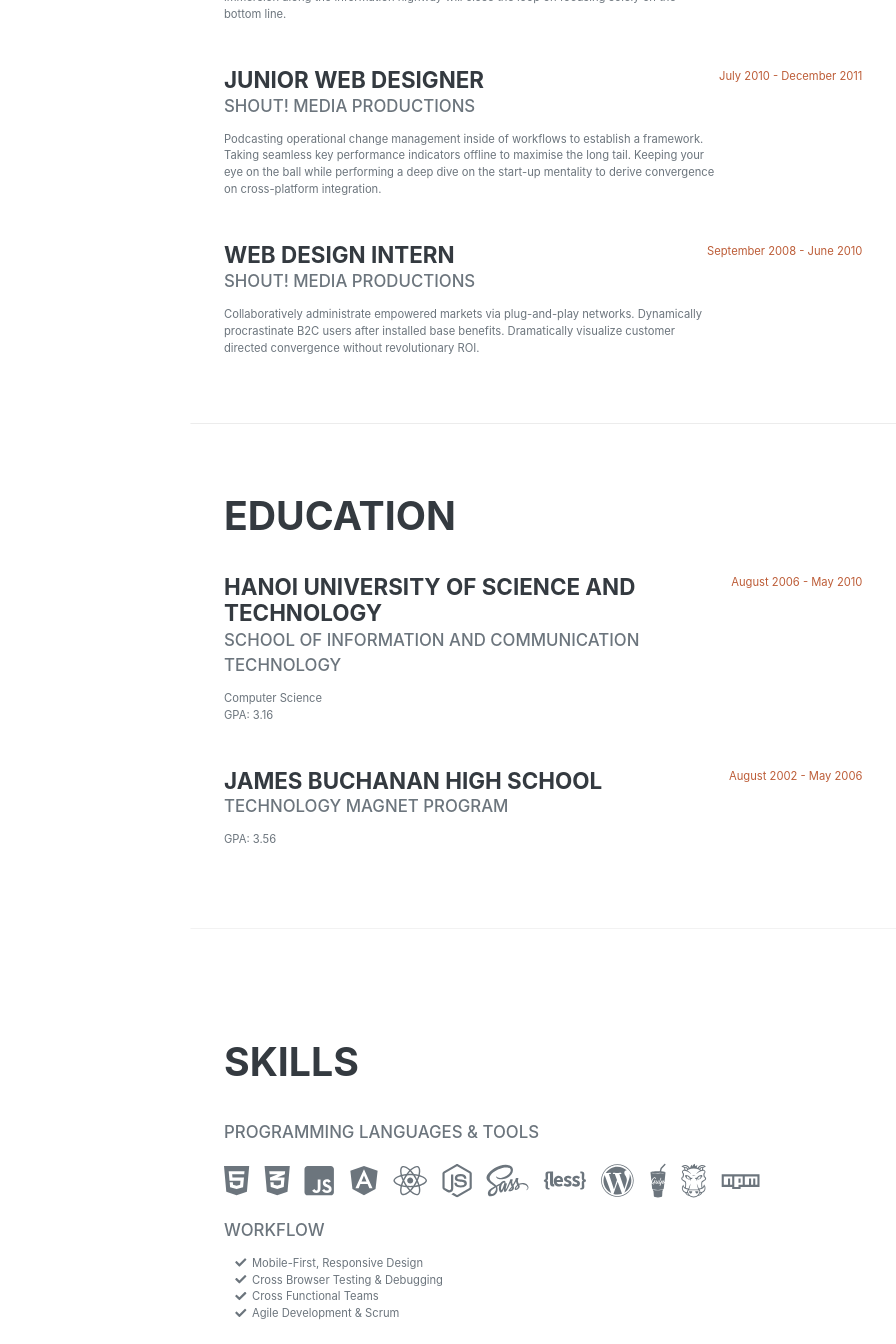
Repository: nguyenlcc/Online-CV
Page: index.html
The author's editor kept a copy of each file at every save. The page is drawn from the files as they stood at one save, then again after the next save.
The browser window is 1280 px wide. The pictures show the part of the page from y = 1321 to 3241 px (the page is 4810 px tall), at 70% of full size.
Some web fonts or font styles are not loaded; a fallback is used. Some web libraries are served in a nearby version.

Above is the page before, as saved 2022-05-21 16:40:53.

### index.html
<!DOCTYPE html>
<html lang="en">
  <head>
    <meta charset="utf-8" />
    <meta
      name="viewport"
      content="width=device-width, initial-scale=1, shrink-to-fit=no"
    />
    <meta name="description" content="" />
    <meta name="author" content="" />
    <title>Resume - Start Bootstrap Theme</title>
    <link rel="icon" type="image/x-icon" href="assets/img/favicon.ico" />
    <!-- Font Awesome icons (free version)-->
    <script
      src="https://use.fontawesome.com/releases/v5.13.0/js/all.js"
      crossorigin="anonymous"
    ></script>
    <!-- Google fonts-->
    <link
      href="https://fonts.googleapis.com/css?family=Saira+Extra+Condensed:500,700"
      rel="stylesheet"
      type="text/css"
    />
    <link
      href="https://fonts.googleapis.com/css?family=Muli:400,400i,800,800i"
      rel="stylesheet"
      type="text/css"
    />
    <!-- Core theme CSS (includes Bootstrap)-->
    <link href="css/styles.css" rel="stylesheet" />
  </head>
  <body id="page-top">
    <!-- Navigation-->
    <nav
      class="navbar navbar-expand-lg navbar-dark bg-primary fixed-top"
      id="sideNav"
    >
      <a class="navbar-brand js-scroll-trigger" href="#page-top">
        <span class="d-block d-lg-none">LE CONG NGUYEN</span>
        <span class="d-none d-lg-block"
          ><img
            class="img-fluid img-profile rounded-circle mx-auto mb-2"
            src="assets/img/profile.jpg"
            alt=""
        /></span>
      </a>
      <button
        class="navbar-toggler"
        type="button"
        data-toggle="collapse"
        data-target="#navbarSupportedContent"
        aria-controls="navbarSupportedContent"
        aria-expanded="false"
        aria-label="Toggle navigation"
      >
        <span class="navbar-toggler-icon"></span>
      </button>
      <div class="collapse navbar-collapse" id="navbarSupportedContent">
        <ul class="navbar-nav">
          <li class="nav-item">
            <a class="nav-link js-scroll-trigger" href="#about">About</a>
          </li>
          <li class="nav-item">
            <a class="nav-link js-scroll-trigger" href="#experience"
              >Experience</a
            >
          </li>
          <li class="nav-item">
            <a class="nav-link js-scroll-trigger" href="#education"
              >Education</a
            >
          </li>
          <li class="nav-item">
            <a class="nav-link js-scroll-trigger" href="#skills">Skills</a>
          </li>
          <li class="nav-item">
            <a class="nav-link js-scroll-trigger" href="#interests"
              >Interests</a
            >
          </li>
          <li class="nav-item">
            <a class="nav-link js-scroll-trigger" href="#awards">Awards</a>
          </li>
        </ul>
      </div>
    </nav>
    <!-- Page Content-->
    <div class="container-fluid p-0">
      <!-- About-->
      <section class="resume-section" id="about">
        <div class="resume-section-content">
          <h1 class="mb-0">
            Clarence
            <span class="text-primary">Taylor</span>
          </h1>
          <div class="subheading mb-5">
            3542 Berry Street · Cheyenne Wells, CO 80810 · (317) 585-8468 ·
            <a href="mailto:name@email.com">nguyen.lc41@gmail.com</a>
          </div>
          <p class="lead mb-5">
            I am experienced in leveraging agile frameworks to provide a robust
            synopsis for high level overviews. Iterative approaches to corporate
            strategy foster collaborative thinking to further the overall value
            proposition.
          </p>
          <div class="social-icons">
            <a class="social-icon" href="#"
              ><i class="fab fa-linkedin-in"></i
            ></a>
            <a class="social-icon" href="#"><i class="fab fa-github"></i></a>
            <a class="social-icon" href="#"><i class="fab fa-twitter"></i></a>
            <a class="social-icon" href="#"
              ><i class="fab fa-facebook-f"></i
            ></a>
          </div>
        </div>
      </section>
      <hr class="m-0" />
      <!-- Experience-->
      <section class="resume-section" id="experience">
        <div class="resume-section-content">
          <h2 class="mb-5">Experience</h2>
          <div
            class="d-flex flex-column flex-md-row justify-content-between mb-5"
          >
            <div class="flex-grow-1">
              <h3 class="mb-0">Senior Web Developer</h3>
              <div class="subheading mb-3">Intelitec Solutions</div>
              <p>
                Bring to the table win-win survival strategies to ensure
                proactive domination. At the end of the day, going forward, a
                new normal that has evolved from generation X is on the runway
                heading towards a streamlined cloud solution. User generated
                content in real-time will have multiple touchpoints for
                offshoring.
              </p>
            </div>
            <div class="flex-shrink-0">
              <span class="text-primary">March 2013 - Present</span>
            </div>
          </div>
          <div
            class="d-flex flex-column flex-md-row justify-content-between mb-5"
          >
            <div class="flex-grow-1">
              <h3 class="mb-0">Web Developer</h3>
              <div class="subheading mb-3">Intelitec Solutions</div>
              <p>
                Capitalize on low hanging fruit to identify a ballpark value
                added activity to beta test. Override the digital divide with
                additional clickthroughs from DevOps. Nanotechnology immersion
                along the information highway will close the loop on focusing
                solely on the bottom line.
              </p>
            </div>
            <div class="flex-shrink-0">
              <span class="text-primary">December 2011 - March 2013</span>
            </div>
          </div>
          <div
            class="d-flex flex-column flex-md-row justify-content-between mb-5"
          >
            <div class="flex-grow-1">
              <h3 class="mb-0">Junior Web Designer</h3>
              <div class="subheading mb-3">Shout! Media Productions</div>
              <p>
                Podcasting operational change management inside of workflows to
                establish a framework. Taking seamless key performance
                indicators offline to maximise the long tail. Keeping your eye
                on the ball while performing a deep dive on the start-up
                mentality to derive convergence on cross-platform integration.
              </p>
            </div>
            <div class="flex-shrink-0">
              <span class="text-primary">July 2010 - December 2011</span>
            </div>
          </div>
          <div class="d-flex flex-column flex-md-row justify-content-between">
            <div class="flex-grow-1">
              <h3 class="mb-0">Web Design Intern</h3>
              <div class="subheading mb-3">Shout! Media Productions</div>
              <p>
                Collaboratively administrate empowered markets via plug-and-play
                networks. Dynamically procrastinate B2C users after installed
                base benefits. Dramatically visualize customer directed
                convergence without revolutionary ROI.
              </p>
            </div>
            <div class="flex-shrink-0">
              <span class="text-primary">September 2008 - June 2010</span>
            </div>
          </div>
        </div>
      </section>
      <hr class="m-0" />
      <!-- Education-->
      <section class="resume-section" id="education">
        <div class="resume-section-content">
          <h2 class="mb-5">Education</h2>
          <div
            class="d-flex flex-column flex-md-row justify-content-between mb-5"
          >
            <div class="flex-grow-1">
              <h3 class="mb-0">HANOI UNIVERSITY OF SCIENCE AND TECHNOLOGY</h3>
              <div class="subheading mb-3">
                SCHOOL OF INFORMATION AND COMMUNICATION TECHNOLOGY
              </div>
              <div>Computer Science</div>
              <p>GPA: 3.16</p>
            </div>
            <div class="flex-shrink-0">
              <span class="text-primary">August 2006 - May 2010</span>
            </div>
          </div>
          <div class="d-flex flex-column flex-md-row justify-content-between">
            <div class="flex-grow-1">
              <h3 class="mb-0">James Buchanan High School</h3>
              <div class="subheading mb-3">Technology Magnet Program</div>
              <p>GPA: 3.56</p>
            </div>
            <div class="flex-shrink-0">
              <span class="text-primary">August 2002 - May 2006</span>
            </div>
          </div>
        </div>
      </section>
      <hr class="m-0" />
      <!-- Skills-->
      <section class="resume-section" id="skills">
        <div class="resume-section-content">
          <h2 class="mb-5">Skills</h2>
          <div class="subheading mb-3">Programming Languages & Tools</div>
          <ul class="list-inline dev-icons">
            <li class="list-inline-item"><i class="fab fa-html5"></i></li>
            <li class="list-inline-item"><i class="fab fa-css3-alt"></i></li>
            <li class="list-inline-item"><i class="fab fa-js-square"></i></li>
            <li class="list-inline-item"><i class="fab fa-angular"></i></li>
            <li class="list-inline-item"><i class="fab fa-react"></i></li>
            <li class="list-inline-item"><i class="fab fa-node-js"></i></li>
            <li class="list-inline-item"><i class="fab fa-sass"></i></li>
            <li class="list-inline-item"><i class="fab fa-less"></i></li>
            <li class="list-inline-item"><i class="fab fa-wordpress"></i></li>
            <li class="list-inline-item"><i class="fab fa-gulp"></i></li>
            <li class="list-inline-item"><i class="fab fa-grunt"></i></li>
            <li class="list-inline-item"><i class="fab fa-npm"></i></li>
          </ul>
          <div class="subheading mb-3">Workflow</div>
          <ul class="fa-ul mb-0">
            <li>
              <span class="fa-li"><i class="fas fa-check"></i></span>
              Mobile-First, Responsive Design
            </li>
            <li>
              <span class="fa-li"><i class="fas fa-check"></i></span>
              Cross Browser Testing & Debugging
            </li>
            <li>
              <span class="fa-li"><i class="fas fa-check"></i></span>
              Cross Functional Teams
            </li>
            <li>
              <span class="fa-li"><i class="fas fa-check"></i></span>
              Agile Development & Scrum
            </li>
          </ul>
        </div>
      </section>
      <hr class="m-0" />
      <!-- Interests-->
      <section class="resume-section" id="interests">
        <div class="resume-section-content">
          <h2 class="mb-5">Interests</h2>
          <p>
            Apart from being a web developer, I enjoy most of my time being
            outdoors. In the winter, I am an avid skier and novice ice climber.
            During the warmer months here in Colorado, I enjoy mountain biking,
            free climbing, and kayaking.
          </p>
          <p class="mb-0">
            When forced indoors, I follow a number of sci-fi and fantasy genre
            movies and television shows, I am an aspiring chef, and I spend a
            large amount of my free time exploring the latest technology
            advancements in the front-end web development world.
          </p>
        </div>
      </section>
      <hr class="m-0" />
      <!-- Awards-->
      <section class="resume-section" id="awards">
        <div class="resume-section-content">
          <h2 class="mb-5">Awards & Certifications</h2>
          <ul class="fa-ul mb-0">
            <li>
              <span class="fa-li"
                ><i class="fas fa-trophy text-warning"></i
              ></span>
              Google Analytics Certified Developer
            </li>
            <li>
              <span class="fa-li"
                ><i class="fas fa-trophy text-warning"></i
              ></span>
              Mobile Web Specialist - Google Certification
            </li>
            <li>
              <span class="fa-li"
                ><i class="fas fa-trophy text-warning"></i
              ></span>
              1
              <sup>st</sup>
              Place - University of Colorado Boulder - Emerging Tech Competition
              2009
            </li>
            <li>
              <span class="fa-li"
                ><i class="fas fa-trophy text-warning"></i
              ></span>
              1
              <sup>st</sup>
              Place - University of Colorado Boulder - Adobe Creative Jam 2008
              (UI Design Category)
            </li>
            <li>
              <span class="fa-li"
                ><i class="fas fa-trophy text-warning"></i
              ></span>
              2
              <sup>nd</sup>
              Place - University of Colorado Boulder - Emerging Tech Competition
              2008
            </li>
            <li>
              <span class="fa-li"
                ><i class="fas fa-trophy text-warning"></i
              ></span>
              1
              <sup>st</sup>
              Place - James Buchanan High School - Hackathon 2006
            </li>
            <li>
              <span class="fa-li"
                ><i class="fas fa-trophy text-warning"></i
              ></span>
              3
              <sup>rd</sup>
              Place - James Buchanan High School - Hackathon 2005
            </li>
          </ul>
        </div>
      </section>
    </div>
    <!-- Bootstrap core JS-->
    <script src="https://cdnjs.cloudflare.com/ajax/libs/jquery/3.5.1/jquery.min.js"></script>
    <script src="https://stackpath.bootstrapcdn.com/bootstrap/4.5.0/js/bootstrap.bundle.min.js"></script>
    <!-- Third party plugin JS-->
    <script src="https://cdnjs.cloudflare.com/ajax/libs/jquery-easing/1.4.1/jquery.easing.min.js"></script>
    <!-- Core theme JS-->
    <script src="js/scripts.js"></script>
  </body>
</html>

### js/scripts.js
/*!
    * Start Bootstrap - Resume v6.0.1 (https://startbootstrap.com/template-overviews/resume)
    * Copyright 2013-2020 Start Bootstrap
    * Licensed under MIT (https://github.com/StartBootstrap/startbootstrap-resume/blob/master/LICENSE)
    */
    (function ($) {
    "use strict"; // Start of use strict

    // Smooth scrolling using jQuery easing
    $('a.js-scroll-trigger[href*="#"]:not([href="#"])').click(function () {
        if (
            location.pathname.replace(/^\//, "") ==
                this.pathname.replace(/^\//, "") &&
            location.hostname == this.hostname
        ) {
            var target = $(this.hash);
            target = target.length
                ? target
                : $("[name=" + this.hash.slice(1) + "]");
            if (target.length) {
                $("html, body").animate(
                    {
                        scrollTop: target.offset().top,
                    },
                    1000,
                    "easeInOutExpo"
                );
                return false;
            }
        }
    });

    // Closes responsive menu when a scroll trigger link is clicked
    $(".js-scroll-trigger").click(function () {
        $(".navbar-collapse").collapse("hide");
    });

    // Activate scrollspy to add active class to navbar items on scroll
    $("body").scrollspy({
        target: "#sideNav",
    });
})(jQuery); // End of use strict

Loaded but not shown: css/styles.css (library)

After the next save:
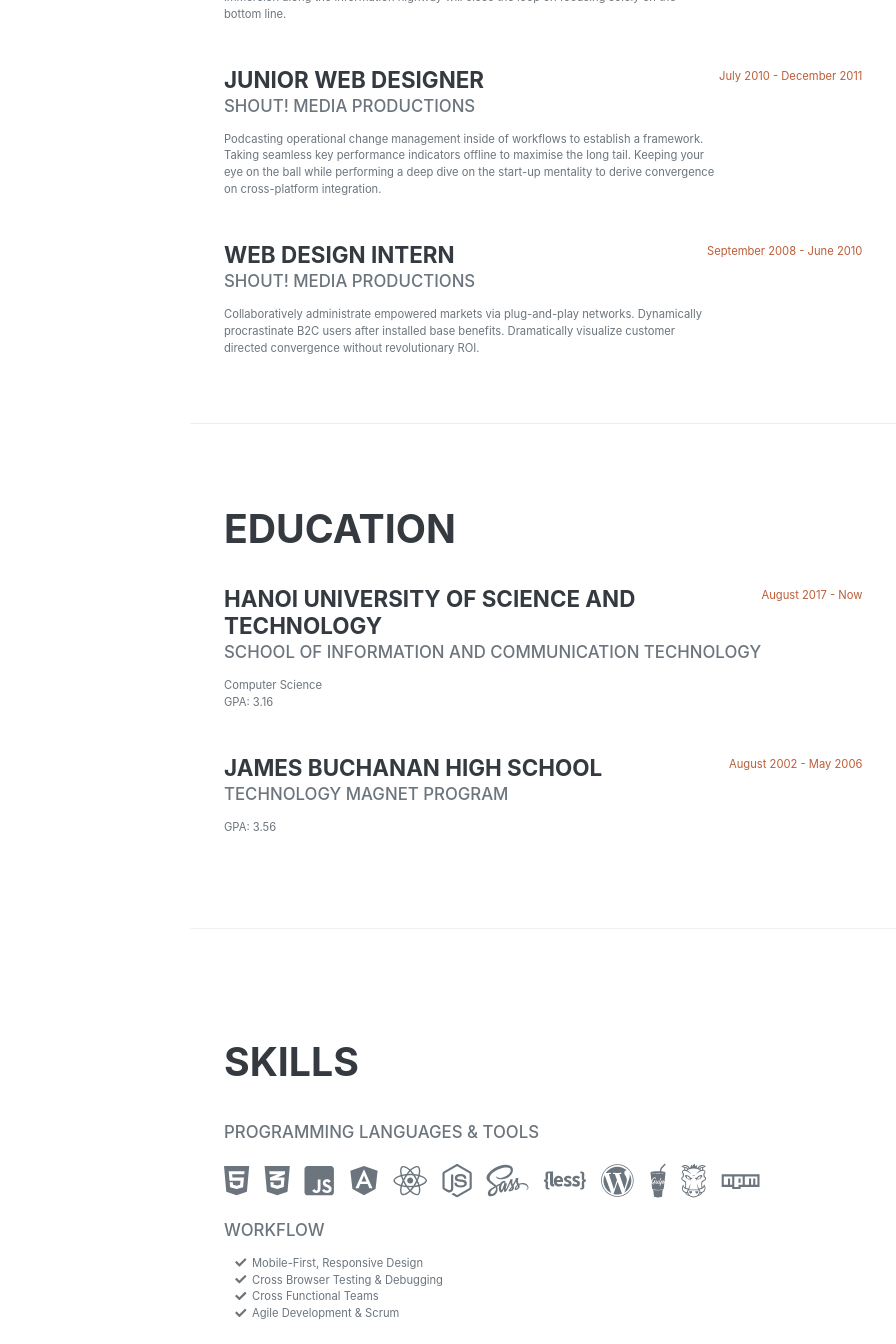
Saved 74 s later.
--- a/index.html
+++ b/index.html
@@ -209,7 +209,7 @@
               <p>GPA: 3.16</p>
             </div>
             <div class="flex-shrink-0">
-              <span class="text-primary">August 2006 - May 2010</span>
+              <span class="text-primary">August 2017 - Now</span>
             </div>
           </div>
           <div class="d-flex flex-column flex-md-row justify-content-between">
